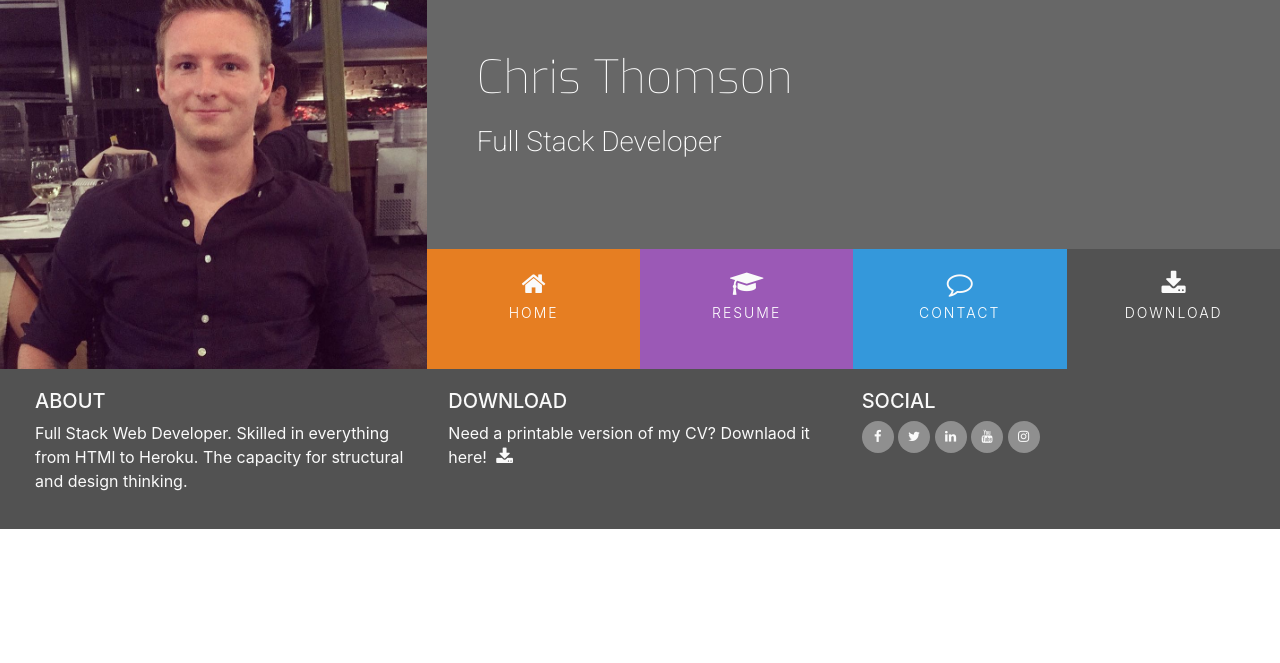
Repository: cthoms1993/Resume
Page: index.html
The author's editor kept a record of every edit. The page is drawn from the files as they stood at one moment, then again after the next edit.
The browser window is 1280 px wide. The pictures show the whole page.

Above is the page before.

After the next edit:
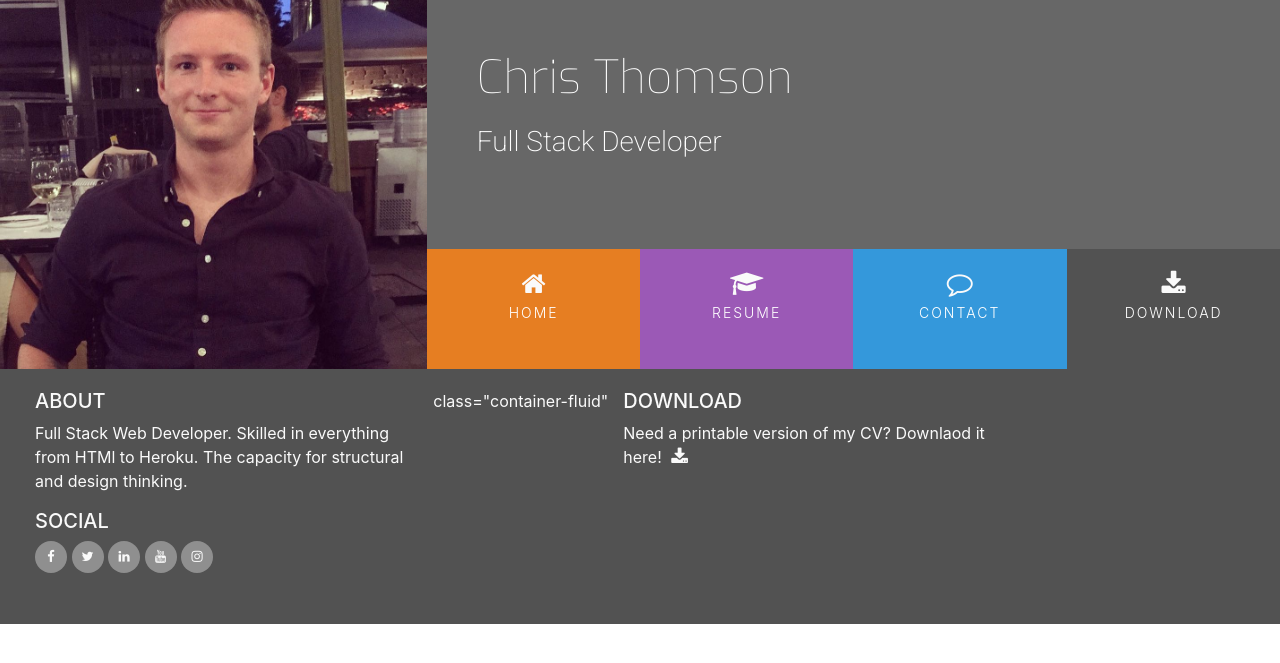
The edit:
--- a/index.html
+++ b/index.html
@@ -57,7 +57,7 @@
                 <h5 class="uppercase general-sub">About</h5>
                 <p class="inline-block">Full Stack Web Developer. Skilled in everything from HTMl to Heroku. The capacity for structural and design thinking.</p>
             </div>
-            <div class="col-sm-4">
+          class="container-fluid"   <div class="col-sm-4">
                 <h5 class="uppercase general-sub">Download</h5>
                 <p class="inline-block">Need a printable version of my CV? Downlaod it here!
                     <a href="#" target="_blank" class="cv-pdf">
